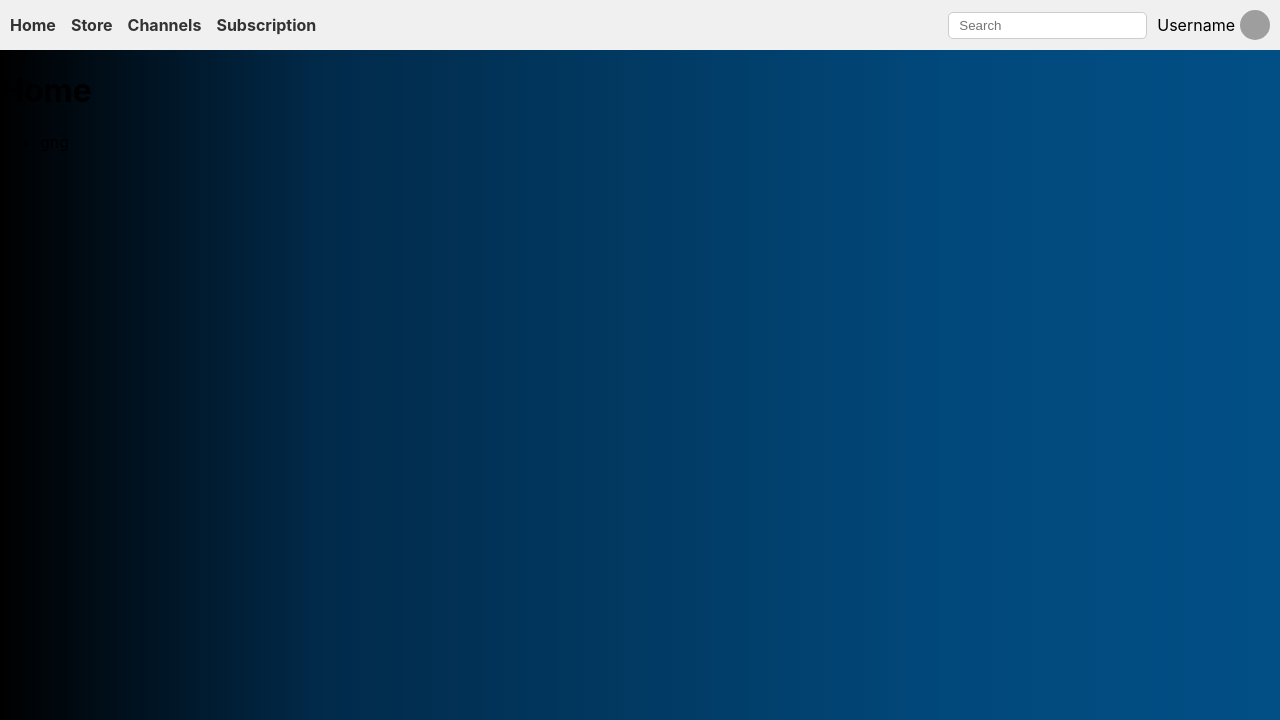
Repository: gordonnrat/group-2-project
Page: / (app in source-code/)
These files come from the project's save history. The page is drawn as it stood at one moment and after the next save; the edit follows.
The browser window is 1280 px wide. The pictures show the whole page.
Pictures or frames that could not be fetched are drawn as grey boxes. The project was rebuilt for these pictures with package versions that can differ from the ones it lists, and the page was loaded fresh each time. Also part of the build but not shown: source-code/src/App.css, source-code/src/App.js, source-code/src/components/pages/Login.js.

Above is the page before, as saved 2023-07-20 15:53:30.

After the next save:
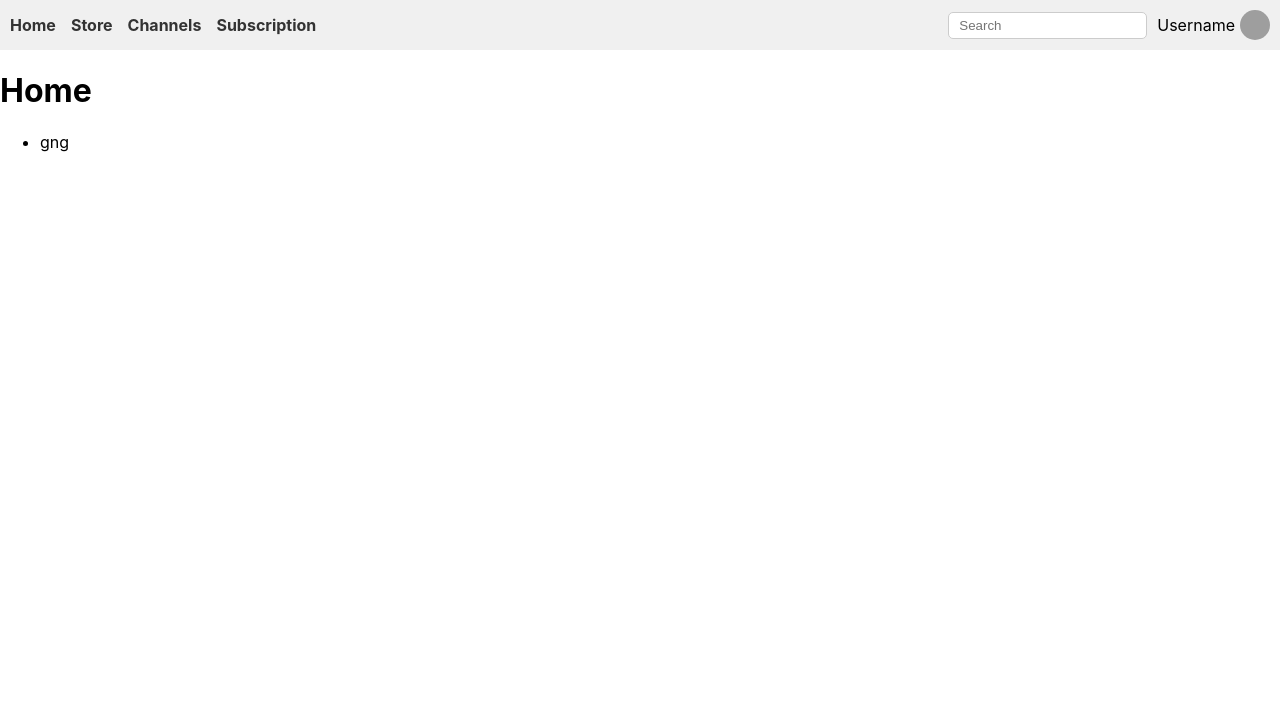
Saved 6 min 3 s later.
--- a/source-code/src/index.css
+++ b/source-code/src/index.css
@@ -13,7 +13,7 @@
 }
 
 body {
-  background: linear-gradient(0.25turn,black,#012A4A, #013A63, #01497C,#014F86);
+  background: linear-gradient(0.25turn,black,c, #013A63, #01497C,#014F86);
 
 
 }

After the save that followed:
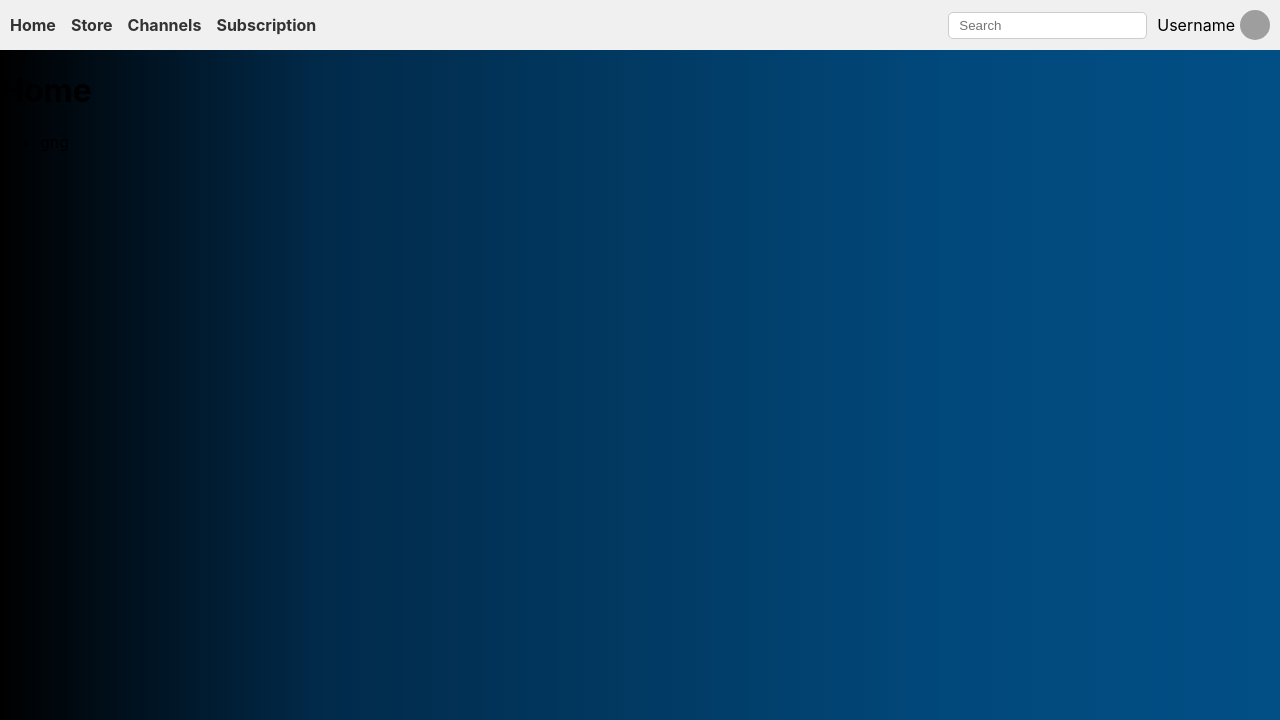
Saved 6 s later.
--- a/source-code/src/index.css
+++ b/source-code/src/index.css
@@ -13,7 +13,7 @@
 }
 
 body {
-  background: linear-gradient(0.25turn,black,c, #013A63, #01497C,#014F86);
+  background: linear-gradient(0.25turn,black,#012A4A, #013A63, #01497C,#014F86);
 
 
 }
